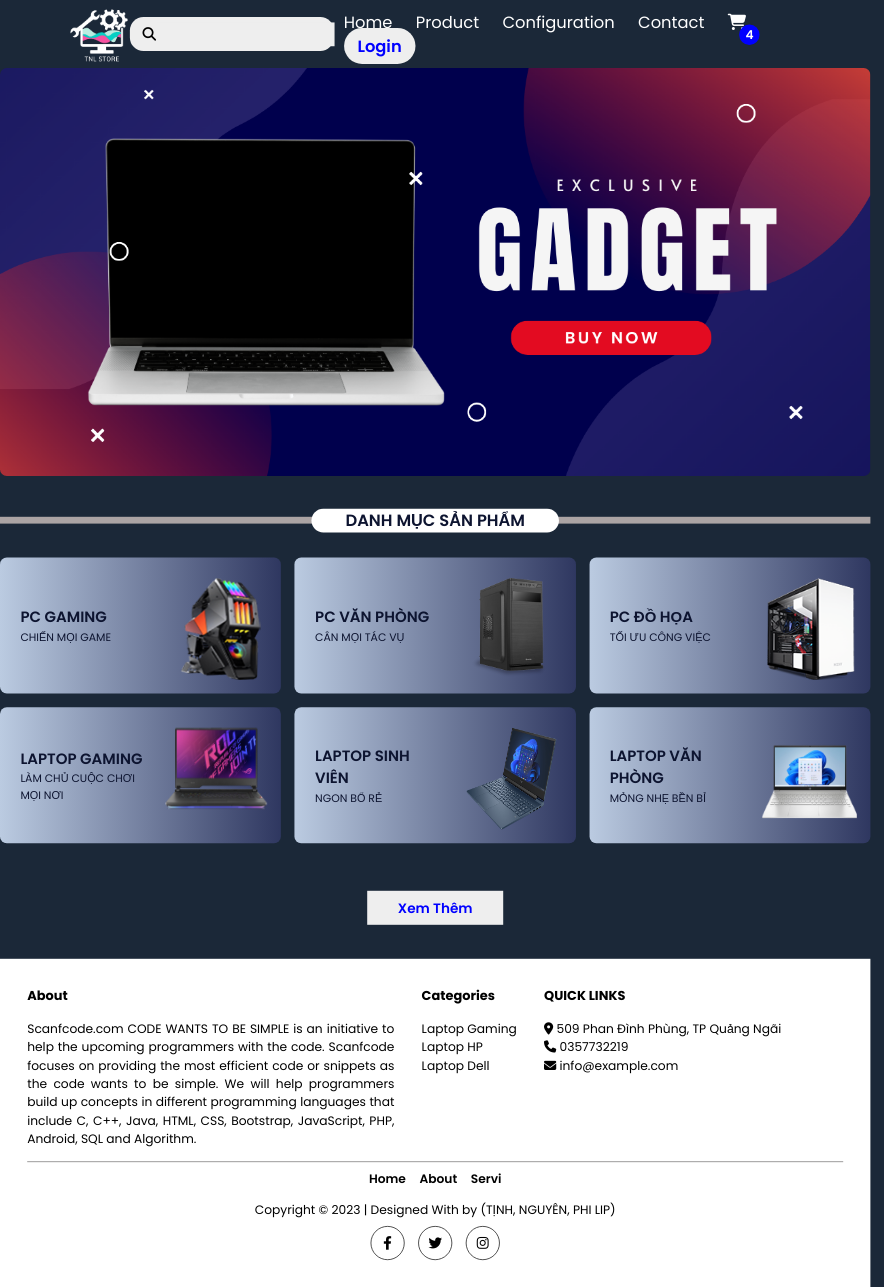
Repository: HPNChanel/DACS
Page: index.html
The author's editor kept a copy of each file at every save. The page is drawn from the files as they stood at one save, then again after the next save.
The browser window is 1280 px wide. The page is 1300 px wide, so the pictures cover 1300 px, including what lies to the right of the window. The pictures show the whole page, at 68% of full size.

Above is the page before, as saved 2023-04-13 19:44:03.

### index.html
<!DOCTYPE html>
<html lang="en">
    <head>
        <meta charset="UTF-8" />
        <meta http-equiv="X-UA-Compatible" content="IE=edge" />
        <meta name="viewport" content="width=device-width, initial-scale=1.0" />
        <title>TNL Store</title>
        <link rel="stylesheet" href="./style/main.css" />
        <link rel="preconnect" href="https://fonts.googleapis.com" />
        <link rel="preconnect" href="https://fonts.gstatic.com" crossorigin />
        <link
            href="https://fonts.googleapis.com/css2?family=Poppins:ital,wght@0,100;0,200;0,300;0,400;0,500;0,600;0,700;1,100;1,200;1,300;1,400;1,500;1,700&display=swap"
            rel="stylesheet"
        />
        <link
            rel="stylesheet"
            href="https://cdnjs.cloudflare.com/ajax/libs/font-awesome/6.4.0/css/all.min.css"
            integrity="sha512-iecdLmaskl7CVkqkXNQ/ZH/XLlvWZOJyj7Yy7tcenmpD1ypASozpmT/E0iPtmFIB46ZmdtAc9eNBvH0H/ZpiBw=="
            crossorigin="anonymous"
            referrerpolicy="no-referrer"
        />
    </head>
    <body>
        <nav>
            <div class="nav-content">
                <div class="nav-logo">
                    <a href="">
                        <img
                            src="./image/Black Minimalist  Computer Service Logo (2)/5.png"
                            alt=""
                        />
                    </a>
                </div>
                <div class="nav-search">
                    <label for="nav-search">
                        <i class="fa fa-search"></i>
                        <input type="text" id="nav-search" />
                    </label>
                </div>
                <div class="nav-menu">
                    <a href="./index.html">Home</a>
                    <a href="./product.html">Product</a>
                    <a href="">Configuration</a>
                    <a href="#footer">Contact</a>
                    <a href="./cart/cart.html"
                        ><i class="fa-solid fa-cart-shopping"></i
                    ></a>
                    <a href="./Login_Registration/account.html" class="login"
                        >Login</a
                    >
                </div>
            </div>
        </nav>
        <main>
            <div class="slider">
                <div class="slides">
                    <input type="radio" name="radio-btn" id="radio1" />
                    <input type="radio" name="radio-btn" id="radio2" />
                    <input type="radio" name="radio-btn" id="radio3" />
                    <input type="radio" name="radio-btn" id="radio4" />

                    <div class="slide first">
                        <img src="./image/banner1.png" alt="" />
                    </div>
                    <div class="slide">
                        <img src="./image/banner2.png" alt="" />
                    </div>
                    <div class="slide">
                        <img src="./image/banner3.png" alt="" />
                    </div>
                    <div class="slide">
                        <img src="./image/banner4.png" alt="" />
                    </div>

                    <div class="navigation-auto">
                        <div class="auto-btn1"></div>
                        <div class="auto-btn2"></div>
                        <div class="auto-btn3"></div>
                        <div class="auto-btn4"></div>
                    </div>
                </div>

                <div class="navigation-manual">
                    <label for="radio1" class="munual-btn"></label>
                    <label for="radio2" class="munual-btn"></label>
                    <label for="radio3" class="munual-btn"></label>
                    <label for="radio4" class="munual-btn"></label>
                </div>
            </div>
            <!-- Block của content -->
            <div class="block">
                <div class="block-header">
                    <span class="block-header-title">DANH MỤC SẢN PHẨM</span>
                </div>
                <div class="block-content">
                    <a href="./product.html">
                        <div class="text">PC Gaming</div>
                        <div class="text-sub">Chiến mọi game</div>
                        <img src="./image/cat_maytinh_v2.png" alt="" />
                    </a>
                    <a href="./product.html">
                        <div class="text">PC Văn Phòng</div>
                        <div class="text-sub">Cân mọi tác vụ</div>
                        <img src="./image/cat-vanphong.png" alt="" />
                    </a>
                    <a href="./product.html">
                        <div class="text">PC Đồ họa</div>
                        <div class="text-sub">Tối ưu công việc</div>
                        <img src="./image/cat_dohoa_v3.png" alt="" />
                    </a>
                    <a href="./product.html">
                        <div class="text">Laptop Gaming</div>
                        <div class="text-sub">Làm chủ cuộc chơi mọi nơi</div>
                        <img
                            src="./image/cat_ laptop_v2.png"
                            alt=""
                            class="height-image"
                        />
                    </a>
                    <a href="./product.html">
                        <div class="text">Laptop sinh viên</div>
                        <div class="text-sub">Ngon bổ rẻ</div>
                        <img src="./image/laptop_sinhvien.png" alt="" />
                    </a>
                    <a href="./product.html">
                        <div class="text">Laptop Văn Phòng</div>
                        <div class="text-sub">Mỏng nhẹ bền bỉ</div>
                        <img src="./image/cat_laptop_hoctap_v2.png" alt="" />
                    </a>
                </div>
            </div>
            <a href="./product.html" class="next-product">Xem Thêm</a>
        </main>
        <!-- footer -->
        <footer id="footer">
            <div class="footer-top">
                <div class="footer-about">
                    <h6>About</h6>
                    <p>
                        Scanfcode.com CODE WANTS TO BE SIMPLE is an initiative
                        to help the upcoming programmers with the code.
                        Scanfcode focuses on providing the most efficient code
                        or snippets as the code wants to be simple. We will help
                        programmers build up concepts in different programming
                        languages that include C, C++, Java, HTML, CSS,
                        Bootstrap, JavaScript, PHP, Android, SQL and Algorithm.
                    </p>
                </div>
                <div class="footer-categories">
                    <h6>Categories</h6>
                    <a href=""><p>Laptop Gaming</p></a>
                    <a href=""><p>Laptop HP</p></a>
                    <a href=""><p>Laptop Dell</p></a>
                </div>
                <div class="footer-quickLinks">
                    <h6>QUICK LINKS</h6>
                    <p>
                        <i class="fa-sharp fa-solid fa-location-dot"> </i> 509
                        Phan Đình Phùng, TP Quảng Ngãi
                    </p>
                    <p><i class="fa fa-phone"></i> 0357732219</p>
                    <p><i class="fa-solid fa-envelope"></i> info@example.com</p>
                </div>
            </div>
            <div class="footer-bottom">
                <div class="footer-nav">
                    <a href=""> <p>Home</p> </a>
                    <a href=""> <p>About</p> </a>
                    <a href=""> <p>Servi</p> </a>
                </div>
                <p>
                    Copyright © 2023 | Designed With by (TỊNH, NGUYÊN, PHI LIP)
                </p>
                <div class="footer-icon-about">
                    <a href="">
                        <i class="fa-brands fa-facebook-f"></i>
                    </a>
                    <a href="">
                        <i class="fa-brands fa-twitter"></i>
                    </a>
                    <a href="">
                        <i class="fa-brands fa-instagram"></i>
                    </a>
                </div>
            </div>
        </footer>
        <script src="./javascript/main.js"></script>
    </body>
</html>

### style/main.css
* {
    margin: 0;
    padding: 0;
    box-sizing: border-box;
    list-style: none;
    text-decoration: none;
}
html {
    font-size: 62.5%;
    scroll-behavior: smooth;
}
body {
    font-family: "Poppins", sans-serif;
    font-size: 1.6rem;
    margin: 0 auto;
    background-color: #1b2838;
}
/* NAV */
nav {
    width: 100%;
    height: 100px;
    position: fixed;
    top: 0;
    left: 0;
    right: 0;
    background-color: #1b2838;
    z-index: 2;
    display: flex;
    align-items: center;
}
.nav-content {
    width: 100%;
    display: flex;
    align-items: center;
    justify-content: space-between;
    margin: 0 100px;
}
.nav-logo {
    width: 100px;
    height: 100px;
    object-fit: cover;
}
.nav-logo img {
    width: 100%;
    height: 100%;
}
.nav-search label {
    display: flex;
    align-items: center;
    justify-content: center;
    width: 300px;
    height: 50px;
    background-color: #eee;
    border-radius: 20px;
    cursor: pointer;
    /* margin-left: -300px; */
}
.nav-search i {
    font-size: 20px;
    padding-left: 20px;
}
.nav-search input {
    padding: 5px 15px 5px 15px;
    outline: none;
    background-color: inherit;
    border: none;
    font-size: 18px;
    line-height: 25px;
}
.nav-menu a {
    font-size: 24px;
    color: white;
    margin: 0 15px;
}
.nav-menu a:not(:last-child):hover {
    border-bottom: 3px solid #eee;
}
.nav-menu a:nth-child(5) {
    position: relative;
}
.nav-menu a:nth-child(5)::before {
    content: "4";
    position: absolute;
    top: 20px;
    right: -20px;
    font-size: 18px;
    font-weight: 600;
    width: 30px;
    height: 30px;
    color: white;
    background-color: blue;
    border-radius: 50%;
    display: flex;
    justify-content: center;
    align-items: center;
}
.nav-menu .login {
    padding: 10px 20px;
    border-radius: 30px;
    color: blue;
    background-color: #eee;
    font-weight: 600;
}
/* END NAV */
main {
    width: 1280px;
    margin: 0 auto;
    margin-top: 100px;
}
.slider {
    width: 1280px;
    height: 60rem;
    border-radius: 10px;
    overflow: hidden;
}
.slides {
    width: 500%;
    height: 50rem;
    display: flex;
}
.slides input {
    display: none;
}
.slide {
    width: 20%;
    transition: 2s;
}
.slide img {
    width: 1280px;
    height: 600px;
}

.navigation-manual {
    position: absolute;
    width: 1280px;
    display: flex;
    justify-content: center;
    margin-top: 40px;
}
.munual-btn {
    border: 2px solid var(--slide-background-color);
    padding: 5px;
    border-radius: 10px;
    cursor: pointer;
    transition: 1s;
}
.munual-btn:not(:last-child) {
    margin-right: 10px;
}
.munual-btn:hover {
    background-color: var(--slide-background-color);
}

#radio1:checked ~ .first {
    margin-left: 0;
}
#radio2:checked ~ .first {
    margin-left: -20%;
}
#radio3:checked ~ .first {
    margin-left: -40%;
}
#radio4:checked ~ .first {
    margin-left: -60%;
}

.navigation-auto {
    position: absolute;
    display: flex;
    width: 1280px;
    justify-content: center;
    margin-top: 540px;
}
.navigation-auto div {
    border: 2px solid var(--slide-background-color);
    padding: 5px;
    border-radius: 10px;
    transition: 1s;
}
.navigation-auto div:not(:last-child) {
    margin-right: 10px;
}

#radio1:checked ~ .navigation-auto .auto-btn1 {
    background-color: var(--slide-background-color);
}
#radio2:checked ~ .navigation-auto .auto-btn2 {
    background-color: var(--slide-background-color);
}
#radio3:checked ~ .navigation-auto .auto-btn3 {
    background-color: var(--slide-background-color);
}
#radio4:checked ~ .navigation-auto .auto-btn4 {
    background-color: var(--slide-background-color);
}

.block {
    margin-top: 60px;
}
.block-header {
    display: flex;
    align-items: center;
    justify-content: center;
    background-color: #aba4a4;
    height: 10px;
}
.block-header-title {
    position: relative;
    padding-left: 50px;
    padding-right: 50px;
    background-color: white;
    font-weight: 600;
    border-radius: 30px;
    font-size: 2.4rem;
    color: #0d1430;
}
.block-content {
    margin-top: 50px;
    display: flex;
    flex-wrap: wrap;
    margin-right: -2rem;
}
.block-content a {
    width: calc(33.33% - 2rem);
    height: 20rem;
    display: flex;
    flex-direction: column;
    align-items: flex-start;
    justify-content: center;
    margin-right: 2rem;
    margin-bottom: 2rem;
    padding-left: 30px;
    background: linear-gradient(to right, #bbcbe1 0, #313965e4 100%);
    position: relative;
    border-radius: 10px;
}
.block-content .text,
.block-content .text-sub {
    text-transform: uppercase;
    color: #0d1430;
    width: 50%;
}
.block-content .text {
    font-weight: 600;
    font-size: 2.2rem;
}
.block-content img {
    position: absolute;
    top: 3rem;
    right: 2rem;
    width: 15rem;
    height: 15rem;
    /* box-shadow: 10px 10px 10px red; */
}
.block-content .height-image {
    height: 12rem;
}
.block-content a:hover {
    scale: 1.05;
    transition: all 0.2s ease-in-out;
    box-shadow: 0px 0 10px 5px #dce5f3;
}

.next-product {
    display: block;
    margin: 50px auto;
    width: 200px;
    height: 50px;
    background-color: #eee;
    font-size: 20px;
    display: flex;
    align-items: center;
    justify-content: center;
    color: blue;
    font-weight: 600;
}
/* Footer*/
footer {
    width: 100%;
    background-color: white;
    padding: 40px;
}
.footer-top {
    display: flex;
    color: black;
    font-size: 18px;
    border-bottom: 1px solid #6f6d6d;
    padding-bottom: 20px;
}
.footer-about {
    width: 45%;
    margin-right: 40px;
}
.footer-about p {
    text-align: justify;
}
h6 {
    font-size: 19px;
    font-weight: 700;
    margin-bottom: 20px;
}

.footer-categories a {
    color: black;
}
.footer-categories {
    margin-right: 40px;
}
.footer-bottom {
    display: flex;
    align-items: center;
    flex-direction: column;
}
.footer-nav {
    display: flex;
    flex-direction: row;
}
.footer-nav a {
    font-size: 18px;
    color: black;
    font-weight: 600;
    margin: 10px;
}
.footer-bottom p {
    font-size: 18px;
    margin-bottom: 10px;
}
.footer-icon-about {
    font-size: 20px;
    display: flex;
    flex-direction: row;
}
.footer-icon-about a {
    display: inline-block;
    width: 50px;
    border: 1px solid black;
    border-radius: 50%;
    height: 50px;
    display: flex;
    align-items: center;
    justify-content: center;
    /* margin: top right bottom left */
    margin: 0 10px;
}
.footer-icon-about i {
    color: black;
}

### javascript/main.js
var counter = 1;
setInterval(function () {
  document.getElementById("radio" + counter).checked = true;
  counter++;
  if (counter > 4) {
    counter = 1;
  }
}, 5000);

After the next save:
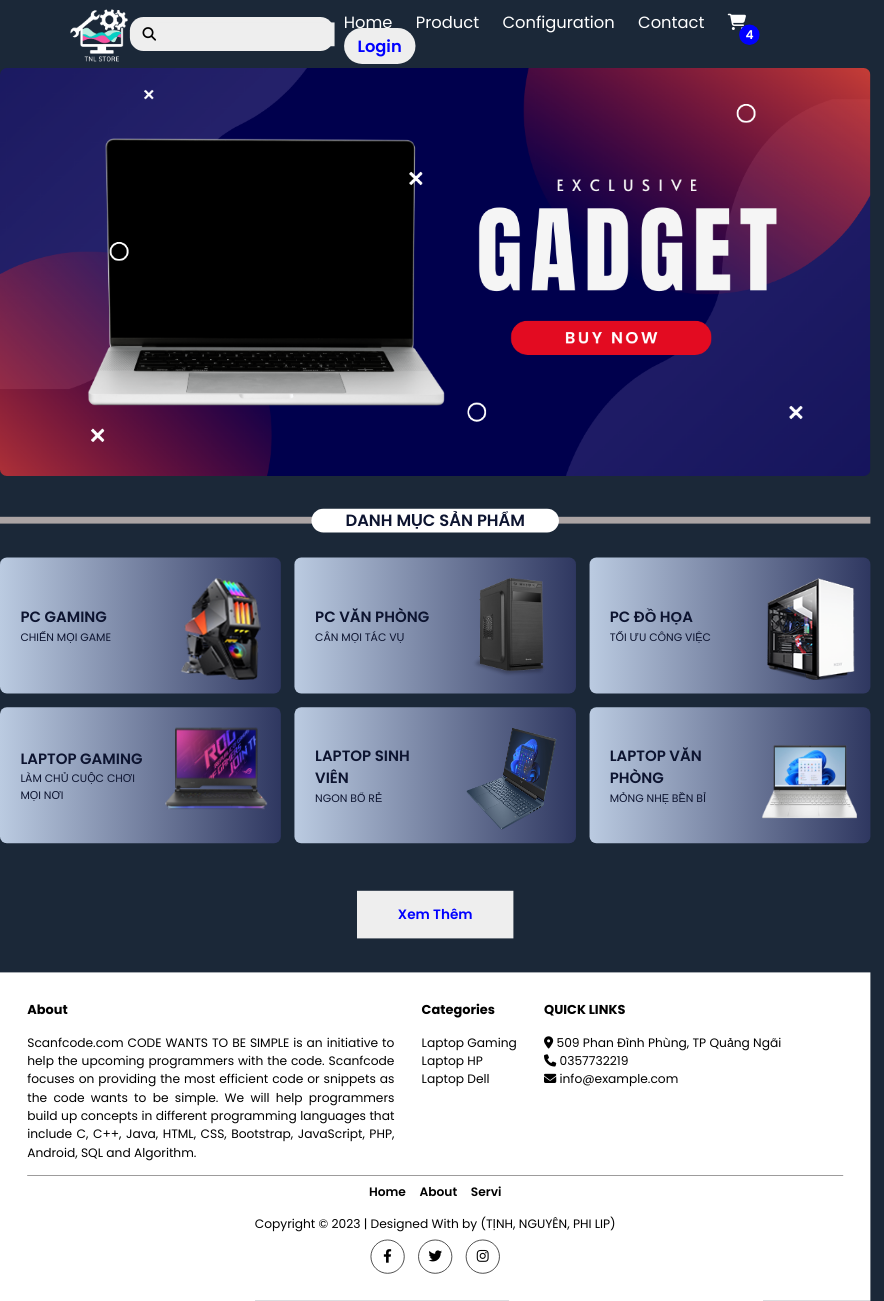
Saved 16 s later.
--- a/style/main.css
+++ b/style/main.css
@@ -264,8 +264,8 @@ main {
 .next-product {
     display: block;
     margin: 50px auto;
-    width: 200px;
-    height: 50px;
+    width: 230px;
+    height: 70px;
     background-color: #eee;
     font-size: 20px;
     display: flex;
